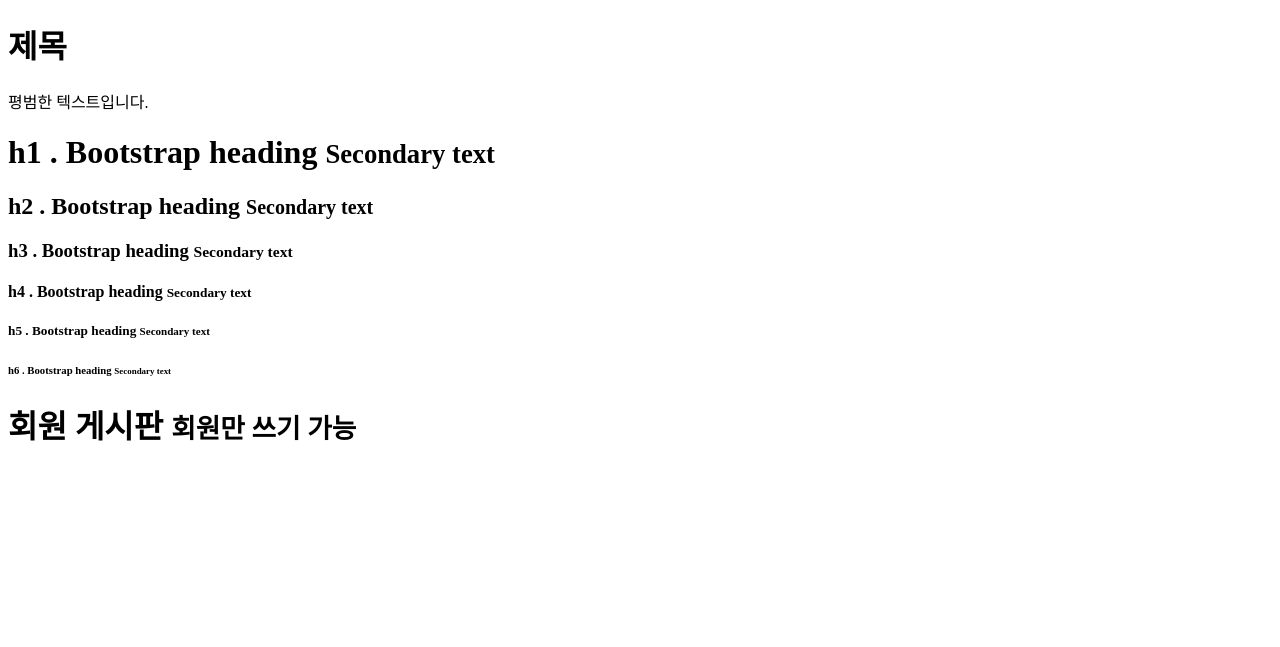
Repository: abbyinkr/BootstrapStudy
Page: BootStrapWork/WebContent/BootEx01.html
These files come from the project's save history. The page is drawn as it stood at one moment and after the next save; the edit follows.
The browser window is 1280 px wide. The pictures show the whole page.

Above is the page before, as saved 2021-07-01 03:04:32.

### BootStrapWork/WebContent/BootEx01.html
<!DOCTYPE html>
<html>
<head>
<meta charset="UTF-8">
<title>BootEx01.html</title>
</head>
<body>

<h1>제목</h1>


평범한 텍스트입니다.

<h1>h1 . Bootstrap heading <small>Secondary text</small></h1>
<h2>h2 . Bootstrap heading <small>Secondary text</small></h2>
<h3>h3 . Bootstrap heading <small>Secondary text</small></h3>
<h4>h4 . Bootstrap heading <small>Secondary text</small></h4>
<h5>h5 . Bootstrap heading <small>Secondary text</small></h5>
<h6>h6 . Bootstrap heading <small>Secondary text</small></h6>

<h1>회원 게시판 <small>회원만 쓰기 가능</small>  </h1>


<p> </p>




</body>
</html>

After the next save:
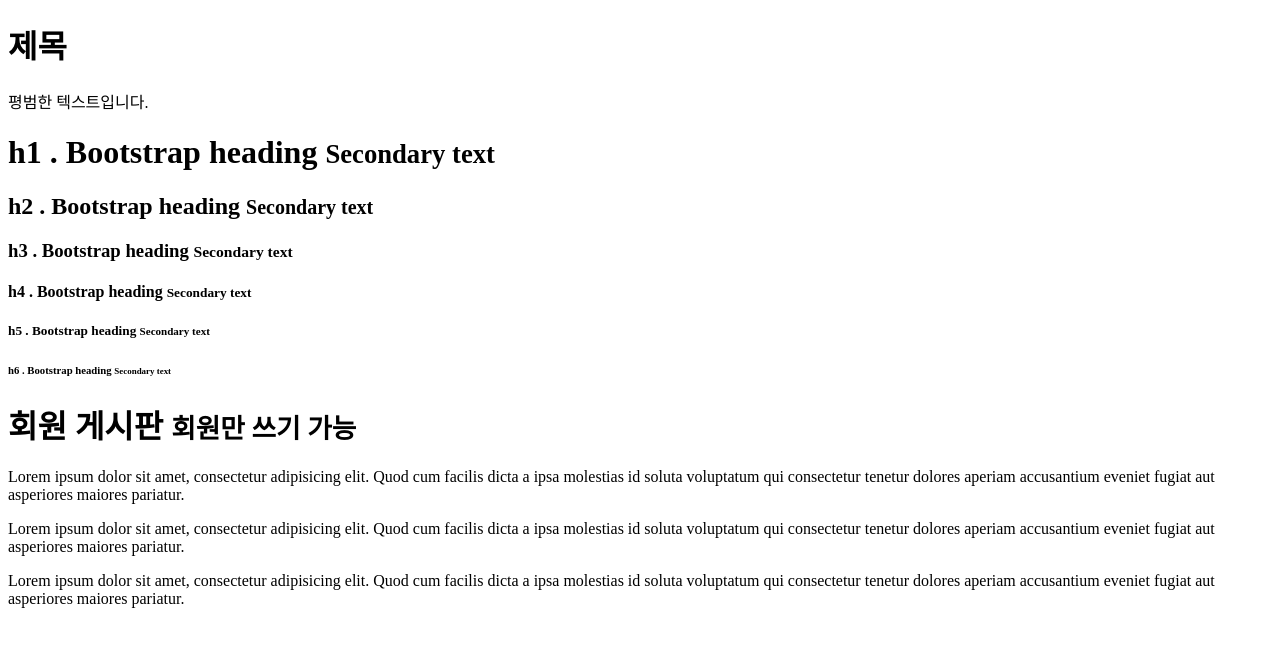
Saved 55 s later.
--- a/BootStrapWork/WebContent/BootEx01.html
+++ b/BootStrapWork/WebContent/BootEx01.html
@@ -21,8 +21,15 @@
 <h1>회원 게시판 <small>회원만 쓰기 가능</small>  </h1>
 
 
-<p> </p>
-
+<p>Lorem ipsum dolor sit amet, consectetur adipisicing elit.
+Quod cum facilis dicta a ipsa molestias id soluta voluptatum qui consectetur tenetur dolores aperiam accusantium
+ eveniet fugiat aut asperiores maiores pariatur.</p>
+<p class="lead">Lorem ipsum dolor sit amet, consectetur adipisicing elit.
+Quod cum facilis dicta a ipsa molestias id soluta voluptatum qui consectetur tenetur dolores aperiam accusantium
+ eveniet fugiat aut asperiores maiores pariatur.</p>
+<p>Lorem ipsum dolor sit amet, consectetur adipisicing elit.
+Quod cum facilis dicta a ipsa molestias id soluta voluptatum qui consectetur tenetur dolores aperiam accusantium
+ eveniet fugiat aut asperiores maiores pariatur.</p>
 
 
 
